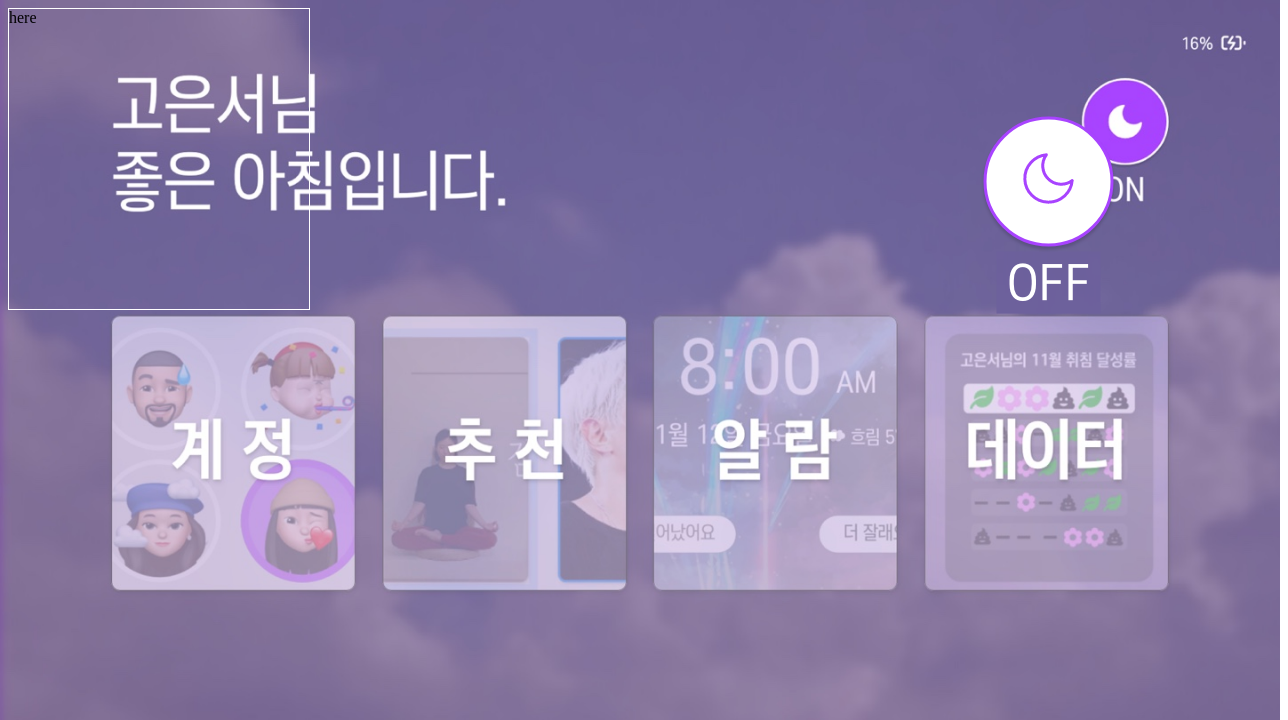
Repository: meanz1/SE_SleepWithMe
Page: SmartTVWorkspace/testapp/button.html
An editor plug-in stored every save of this project. The page is shown before and after the next save, followed by the edit.
The browser window is 1280 px wide. The page is 1288 px wide, so the pictures cover 1288 px, including what lies to the right of the window. The pictures show the whole page.

Above is the page before, as saved 2021-11-18 07:34:28.

After the next save:
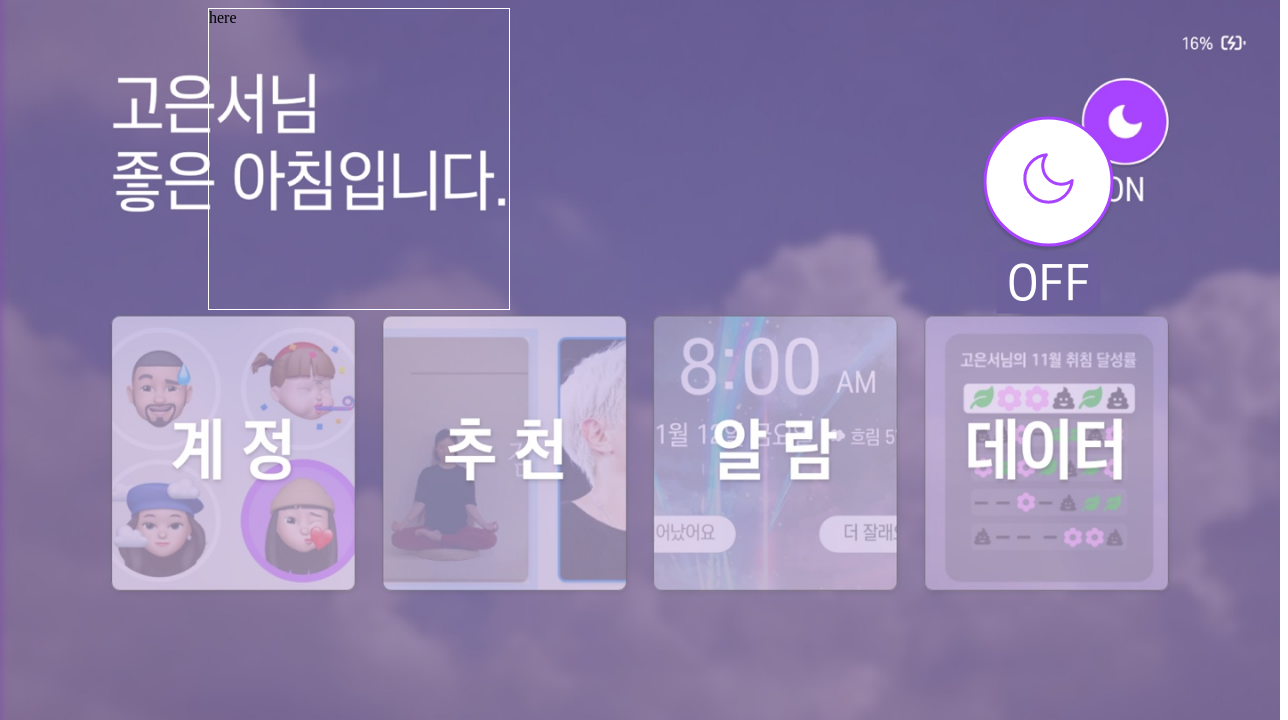
Saved 51 s later.
--- a/SmartTVWorkspace/testapp/button.html
+++ b/SmartTVWorkspace/testapp/button.html
@@ -24,6 +24,8 @@
     	width: 300px;
     	height: 300px;
     	border: 1px solid white;
+    	margin-left: 200px;
+    	margin-up: 500px;
     }
 </style>
 <script type="text/javascript">
